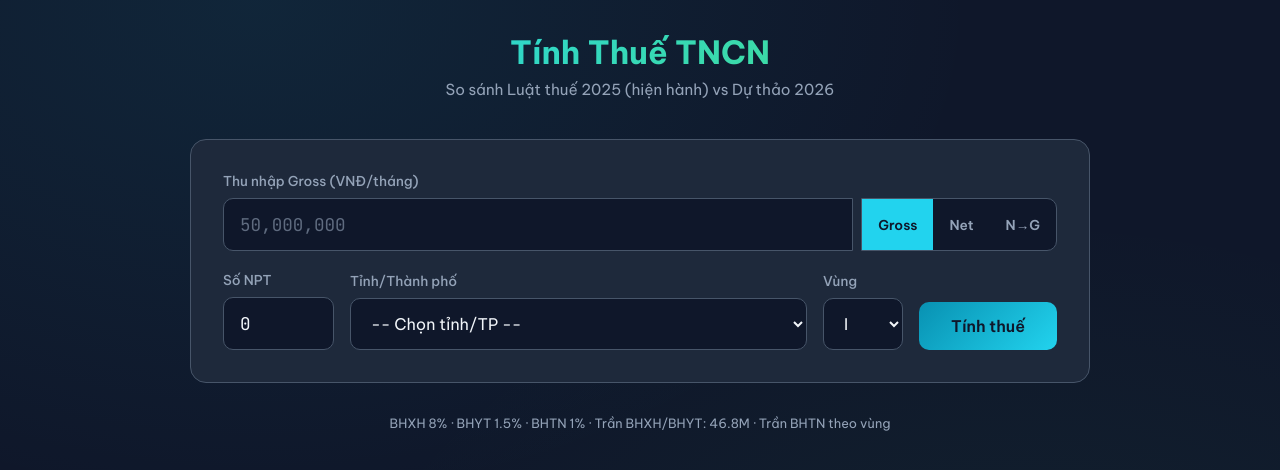
Repository: ph4n4n/vietnam-PIT
Page: index.html
An editor plug-in stored every save of this project. The page is shown before and after the next save, followed by the edit.
The browser window is 1280 px wide. The pictures show the whole page.

Above is the page before, as saved 2025-12-10 12:11:03.

### index.html
<!DOCTYPE html>
<html lang="vi">
<head>
  <meta charset="UTF-8">
  <meta name="viewport" content="width=device-width, initial-scale=1.0">
  <title>Tính Thuế TNCN 2025 vs 2026</title>
  <link href="https://fonts.googleapis.com/css2?family=JetBrains+Mono:wght@400;600&family=Be+Vietnam+Pro:wght@400;500;600;700&display=swap" rel="stylesheet">
  <link rel="stylesheet" href="style.css">
</head>
<body>
  <div class="container">
    <header>
      <h1>Tính Thuế TNCN</h1>
      <p class="subtitle">So sánh Luật thuế 2025 (hiện hành) vs Dự thảo 2026</p>
    </header>

    <section class="input-section">
      <div class="input-stack">
        <div class="form-group">
          <label id="incomeLabel">Thu nhập Gross (VNĐ/tháng)</label>
          <div class="input-with-toggle">
            <input type="text" id="incomeInput" placeholder="50,000,000" inputmode="numeric">
            <div class="toggle-group">
              <button type="button" class="toggle-btn active" data-type="gross">Gross</button>
              <button type="button" class="toggle-btn" data-type="net">Net</button>
              <button type="button" class="toggle-btn" data-type="net-as-gross" title="Lấy Net làm Gross tính thuế">N→G</button>
            </div>
          </div>
        </div>
        <div class="form-row">
          <div class="form-group form-group-sm">
            <label for="dependents">Số NPT</label>
            <input type="number" id="dependents" value="0" min="0" max="20">
          </div>
          <div class="form-group">
            <label for="province">Tỉnh/Thành phố</label>
            <select id="province">
              <option value="">-- Chọn tỉnh/TP --</option>
            </select>
          </div>
          <div class="form-group form-group-sm">
            <label for="region">Vùng</label>
            <select id="region">
              <option value="1">I</option>
              <option value="2">II</option>
              <option value="3">III</option>
              <option value="4">IV</option>
            </select>
          </div>
          <button class="btn" onclick="calculate()">Tính thuế</button>
        </div>
      </div>
    </section>

    <section class="result-section" id="resultSection">
      <div class="result-card">
        <div class="result-header">
          <h2>📊 Kết quả tính thuế</h2>
        </div>
        <table>
          <thead>
            <tr>
              <th>Mục</th>
              <th>2025 (Hiện hành)</th>
              <th>2026 (Dự thảo)</th>
            </tr>
          </thead>
          <tbody id="resultBody">
          </tbody>
        </table>
      </div>
    </section>

    <section class="result-section" id="refundSection">
      <div class="result-card refund-card">
        <div class="result-header">
          <h2>🧾 Đóng Full → Hoàn thuế cuối năm</h2>
          <p class="header-note">Giả định: Không khai giảm trừ gia cảnh hàng tháng, quyết toán hoàn thuế cuối năm</p>
        </div>
        <table>
          <thead>
            <tr>
              <th>Mục</th>
              <th>2025 (Hiện hành)</th>
              <th>2026 (Dự thảo)</th>
            </tr>
          </thead>
          <tbody id="refundBody">
          </tbody>
        </table>
      </div>
    </section>

    <footer>
      <p>BHXH 8% · BHYT 1.5% · BHTN 1% · Trần BHXH/BHYT: 46.8M · Trần BHTN theo vùng</p>
    </footer>
  </div>

  <script src="app.js"></script>
</body>
</html>

### style.css
:root {
  --bg-primary: #0f172a;
  --bg-secondary: #1e293b;
  --bg-card: #334155;
  --accent: #22d3ee;
  --accent-dim: #0891b2;
  --success: #4ade80;
  --text-primary: #f1f5f9;
  --text-secondary: #94a3b8;
  --border: #475569;
}

* {
  margin: 0;
  padding: 0;
  box-sizing: border-box;
}

body {
  font-family: 'Be Vietnam Pro', sans-serif;
  background: var(--bg-primary);
  background-image:
    radial-gradient(ellipse at 20% 0%, rgba(34, 211, 238, 0.08) 0%, transparent 50%),
    radial-gradient(ellipse at 80% 100%, rgba(74, 222, 128, 0.06) 0%, transparent 50%);
  min-height: 100vh;
  color: var(--text-primary);
  padding: 2rem 1rem;
}

.container {
  max-width: 900px;
  margin: 0 auto;
}

header {
  text-align: center;
  margin-bottom: 2.5rem;
}

h1 {
  font-size: 2rem;
  font-weight: 700;
  background: linear-gradient(135deg, var(--accent), var(--success));
  -webkit-background-clip: text;
  -webkit-text-fill-color: transparent;
  background-clip: text;
  margin-bottom: 0.5rem;
}

.subtitle {
  color: var(--text-secondary);
  font-size: 0.95rem;
}

.input-section {
  background: var(--bg-secondary);
  border: 1px solid var(--border);
  border-radius: 16px;
  padding: 2rem;
  margin-bottom: 2rem;
}

.input-stack {
  display: flex;
  flex-direction: column;
  gap: 1.25rem;
}

.form-row {
  display: flex;
  gap: 1rem;
  align-items: end;
}

.form-row .form-group {
  flex: 1;
}

.form-row .form-group-sm {
  width: auto;
  min-width: 80px;
  flex: 0 0 auto;
}

.form-group select {
  width: 100%;
  padding: 0.875rem 1rem;
  font-size: 1rem;
  font-family: inherit;
  background: var(--bg-primary);
  border: 1px solid var(--border);
  border-radius: 10px;
  color: var(--text-primary);
  cursor: pointer;
  transition: border-color 0.2s, box-shadow 0.2s;
}

.form-group select:focus {
  outline: none;
  border-color: var(--accent);
  box-shadow: 0 0 0 3px rgba(34, 211, 238, 0.15);
}

.form-group select option {
  background: var(--bg-secondary);
  color: var(--text-primary);
}

@media (max-width: 640px) {
  .form-row {
    flex-direction: column;
  }
}

.form-group label {
  display: block;
  font-size: 0.85rem;
  color: var(--text-secondary);
  margin-bottom: 0.5rem;
  font-weight: 500;
}

.form-group input {
  width: 100%;
  padding: 0.875rem 1rem;
  font-size: 1.1rem;
  font-family: 'JetBrains Mono', monospace;
  background: var(--bg-primary);
  border: 1px solid var(--border);
  border-radius: 10px;
  color: var(--text-primary);
  transition: border-color 0.2s, box-shadow 0.2s;
}

.form-group input:focus {
  outline: none;
  border-color: var(--accent);
  box-shadow: 0 0 0 3px rgba(34, 211, 238, 0.15);
}

.form-group input::placeholder {
  color: var(--text-secondary);
  opacity: 0.6;
}

.input-with-toggle {
  display: flex;
  gap: 0.5rem;
}

.input-with-toggle input {
  flex: 1;
  border-radius: 10px 0 0 10px;
}

.toggle-group {
  display: flex;
  background: var(--bg-primary);
  border: 1px solid var(--border);
  border-radius: 0 10px 10px 0;
  overflow: hidden;
}

.toggle-btn {
  padding: 0.875rem 1rem;
  font-size: 0.85rem;
  font-weight: 600;
  font-family: inherit;
  background: transparent;
  color: var(--text-secondary);
  border: none;
  cursor: pointer;
  transition: all 0.2s;
}

.toggle-btn:hover {
  color: var(--text-primary);
  background: var(--bg-card);
}

.toggle-btn.active {
  background: var(--accent);
  color: var(--bg-primary);
}

@media (max-width: 640px) {
  .input-with-toggle {
    flex-direction: column;
  }
  .input-with-toggle input {
    border-radius: 10px;
  }
  .toggle-group {
    border-radius: 10px;
  }
}

.btn {
  padding: 0.875rem 2rem;
  font-size: 1rem;
  font-weight: 600;
  font-family: inherit;
  background: linear-gradient(135deg, var(--accent-dim), var(--accent));
  color: var(--bg-primary);
  border: none;
  border-radius: 10px;
  cursor: pointer;
  transition: transform 0.15s, box-shadow 0.15s;
}

.btn:hover {
  transform: translateY(-2px);
  box-shadow: 0 8px 24px rgba(34, 211, 238, 0.25);
}

.btn:active {
  transform: translateY(0);
}

.result-section {
  display: none;
  animation: fadeIn 0.4s ease;
  margin-bottom: 1.5rem;
}

.result-section.show {
  display: block;
}

@keyframes fadeIn {
  from { opacity: 0; transform: translateY(10px); }
  to { opacity: 1; transform: translateY(0); }
}

.result-card {
  background: var(--bg-secondary);
  border: 1px solid var(--border);
  border-radius: 16px;
  overflow: hidden;
}

.result-header {
  background: var(--bg-card);
  padding: 1.25rem 1.5rem;
  border-bottom: 1px solid var(--border);
}

.result-header h2 {
  font-size: 1.1rem;
  font-weight: 600;
}

.header-note {
  color: var(--text-secondary);
  font-size: 0.8rem;
  margin-top: 0.4rem;
}

table {
  width: 100%;
  border-collapse: collapse;
  font-size: 0.95rem;
}

th, td {
  padding: 1rem 1.5rem;
  text-align: left;
  border-bottom: 1px solid var(--border);
}

th {
  background: var(--bg-card);
  color: var(--text-secondary);
  font-weight: 500;
  font-size: 0.8rem;
  text-transform: uppercase;
  letter-spacing: 0.5px;
}

td {
  font-family: 'JetBrains Mono', monospace;
}

tr:last-child td {
  border-bottom: none;
}

tr:hover td {
  background: rgba(34, 211, 238, 0.03);
}

.col-label {
  font-family: 'Be Vietnam Pro', sans-serif;
  color: var(--text-secondary);
}

.col-old {
  color: var(--text-primary);
}

.col-new {
  color: var(--accent);
}

.highlight-row td {
  background: rgba(74, 222, 128, 0.08);
  border-top: 1px solid rgba(74, 222, 128, 0.3);
  border-bottom: 1px solid rgba(74, 222, 128, 0.3);
}

.highlight-row .col-label {
  color: var(--success);
  font-weight: 600;
}

.highlight-row .saved-value {
  color: var(--success);
  font-weight: 600;
  font-size: 1.1rem;
}

.info-row td {
  background: rgba(34, 211, 238, 0.05);
  font-family: 'Be Vietnam Pro', sans-serif;
  color: var(--text-secondary);
  font-size: 0.85rem;
}

.diff-row td {
  background: rgba(251, 191, 36, 0.08);
}

.diff-row .col-old {
  color: #fbbf24;
}

.diff-row .col-new {
  color: var(--success);
}

footer {
  text-align: center;
  margin-top: 2rem;
  color: var(--text-secondary);
  font-size: 0.8rem;
}

footer a {
  color: var(--accent);
  text-decoration: none;
}

### app.js
// Province/City to default region mapping (based on 01/07/2024 regulations)
const PROVINCES = {
  // Vùng I - Major cities
  'TP. Hồ Chí Minh': 1,
  'Hà Nội': 1,
  'Hải Phòng': 1,
  'Quảng Ninh': 1,
  'Đồng Nai': 1,
  'Bình Dương': 1,
  'Long An': 1,
  'Tây Ninh': 1,

  // Vùng II
  'Đà Nẵng': 2,
  'Cần Thơ': 2,
  'Bắc Ninh': 2,
  'Hưng Yên': 2,
  'Vĩnh Phúc': 2,
  'Thái Nguyên': 2,
  'Khánh Hòa': 2,
  'Lâm Đồng': 2,
  'Ninh Bình': 2,
  'Thanh Hóa': 2,
  'Nghệ An': 2,
  'Bà Rịa - Vũng Tàu': 2,
  'Bến Tre': 2,
  'Tiền Giang': 2,
  'Vĩnh Long': 2,
  'Đồng Tháp': 2,
  'An Giang': 2,
  'Kiên Giang': 2,
  'Cà Mau': 2,
  'Bạc Liêu': 2,
  'Sóc Trăng': 2,
  'Trà Vinh': 2,
  'Phú Thọ': 2,

  // Vùng III
  'Lào Cai': 3,
  'Lạng Sơn': 3,
  'Tuyên Quang': 3,
  'Thái Bình': 3,
  'Nam Định': 3,
  'Hà Nam': 3,
  'Hà Tĩnh': 3,
  'Quảng Bình': 3,
  'Quảng Trị': 3,
  'Thừa Thiên Huế': 3,
  'Quảng Nam': 3,
  'Quảng Ngãi': 3,
  'Bình Định': 3,
  'Phú Yên': 3,
  'Ninh Thuận': 3,
  'Bình Thuận': 3,
  'Kon Tum': 3,
  'Gia Lai': 3,
  'Đắk Lắk': 3,
  'Đắk Nông': 3,
  'Bình Phước': 3,
  'Tây Ninh (vùng xa)': 3,
  'Hậu Giang': 3,

  // Vùng IV
  'Cao Bằng': 4,
  'Bắc Kạn': 4,
  'Hà Giang': 4,
  'Yên Bái': 4,
  'Lai Châu': 4,
  'Điện Biên': 4,
  'Sơn La': 4,
  'Hòa Bình': 4,
  'Lạng Sơn (vùng xa)': 4,
};

const TAX_CONFIG = {
  // Employee insurance rates
  bhxh: { rate: 0.08, cap: 46_800_000 },  // BHXH 8%, cap 20 × 2.34M (từ 7/2024)
  bhyt: { rate: 0.015, cap: 46_800_000 }, // BHYT 1.5%, cap 20 × 2.34M
  bhtn: { rate: 0.01 },                    // BHTN 1%, cap depends on region

  // BHTN caps by region (20 × minimum wage)
  bhtnCaps: {
    1: 99_200_000,  // Vùng I: 20 × 4,960,000
    2: 88_200_000,  // Vùng II: 20 × 4,410,000
    3: 77_200_000,  // Vùng III: 20 × 3,860,000
    4: 69_000_000,  // Vùng IV: 20 × 3,450,000
  },

  // Employer insurance rates
  bhxhCompany: { rate: 0.175, cap: 46_800_000 },
  bhytCompany: { rate: 0.03, cap: 46_800_000 },
  bhtnCompany: { rate: 0.01 },  // cap depends on region

  personalDeduction: { old: 11_000_000, new: 15_500_000 },
  dependentDeduction: { old: 4_400_000, new: 6_200_000 },
  bracketsOld: [
    [5_000_000, 0.05],
    [10_000_000, 0.10],
    [18_000_000, 0.15],
    [32_000_000, 0.20],
    [52_000_000, 0.25],
    [80_000_000, 0.30],
    [Infinity, 0.35],
  ],
  bracketsNew: [
    [10_000_000, 0.05],
    [30_000_000, 0.15],
    [60_000_000, 0.25],
    [100_000_000, 0.30],
    [Infinity, 0.35],
  ],
};

let incomeType = 'gross';

function calculateProgressiveTax(taxableIncome, brackets) {
  if (taxableIncome <= 0) return 0;
  let tax = 0, prev = 0;
  for (const [threshold, rate] of brackets) {
    const taxable = Math.min(taxableIncome, threshold) - prev;
    if (taxable <= 0) break;
    tax += taxable * rate;
    prev = threshold;
  }
  return tax;
}

function calcInsurance(income, rate, cap) {
  return Math.min(income, cap) * rate;
}

function getRegion() {
  const el = document.getElementById('region');
  return el ? parseInt(el.value, 10) : 1;
}

function getBhtnCap() {
  return TAX_CONFIG.bhtnCaps[getRegion()];
}

function calculatePIT(grossIncome, dependents) {
  const cfg = TAX_CONFIG;
  const bhtnCap = getBhtnCap();

  // Employee insurance (detailed)
  const bhxh = calcInsurance(grossIncome, cfg.bhxh.rate, cfg.bhxh.cap);
  const bhyt = calcInsurance(grossIncome, cfg.bhyt.rate, cfg.bhyt.cap);
  const bhtn = calcInsurance(grossIncome, cfg.bhtn.rate, bhtnCap);
  const insurance = bhxh + bhyt + bhtn;

  const incomeAfterInsurance = grossIncome - insurance;

  const deductionOld = cfg.personalDeduction.old + cfg.dependentDeduction.old * dependents;
  const deductionNew = cfg.personalDeduction.new + cfg.dependentDeduction.new * dependents;

  const taxableOld = Math.max(0, incomeAfterInsurance - deductionOld);
  const taxableNew = Math.max(0, incomeAfterInsurance - deductionNew);

  const taxOld = calculateProgressiveTax(taxableOld, cfg.bracketsOld);
  const taxNew = calculateProgressiveTax(taxableNew, cfg.bracketsNew);

  // Tax when paying full (no family deduction, only insurance)
  const taxNoDeductOld = calculateProgressiveTax(incomeAfterInsurance, cfg.bracketsOld);
  const taxNoDeductNew = calculateProgressiveTax(incomeAfterInsurance, cfg.bracketsNew);

  return {
    grossIncome,
    dependents,
    bhxh,
    bhyt,
    bhtn,
    insurance,
    incomeAfterInsurance,
    deductionOld,
    deductionNew,
    taxableOld,
    taxableNew,
    taxOld,
    taxNew,
    taxNoDeductOld,
    taxNoDeductNew,
    taxSaved: taxOld - taxNew,
    netOld: grossIncome - insurance - taxOld,
    netNew: grossIncome - insurance - taxNew,
  };
}

// Binary search: find Gross from Net (using OLD tax as reference)
function netToGross(targetNet, dependents) {
  let low = targetNet;
  let high = targetNet * 2;
  const tolerance = 1000;

  for (let i = 0; i < 50; i++) {
    const mid = Math.floor((low + high) / 2);
    const result = calculatePIT(mid, dependents);
    const netOld = result.netOld;

    if (Math.abs(netOld - targetNet) < tolerance) {
      return mid;
    }

    if (netOld < targetNet) {
      low = mid;
    } else {
      high = mid;
    }
  }

  return Math.floor((low + high) / 2);
}

function formatMoney(n) {
  return n.toLocaleString('vi-VN') + ' ₫';
}

// Calculate company insurance
function calcCompanyInsurance(income) {
  const cfg = TAX_CONFIG;
  const bhtnCap = getBhtnCap();
  return calcInsurance(income, cfg.bhxhCompany.rate, cfg.bhxhCompany.cap)
       + calcInsurance(income, cfg.bhytCompany.rate, cfg.bhytCompany.cap)
       + calcInsurance(income, cfg.bhtnCompany.rate, bhtnCap);
}

// N→G mode: Net thực nhận = input, thuế tính trên input (thay vì Gross thực)
function renderNetAsGross(netAmount, dependents) {
  // Cách tính sai: lấy Net làm Gross
  const wrong = calculatePIT(netAmount, dependents);

  // Cách tính đúng: tìm Gross thực từ Net
  const realGross = netToGross(netAmount, dependents);
  const correct = calculatePIT(realGross, dependents);

  // Chi phí công ty (Gross + BH công ty)
  const wrongCompanyBH = calcCompanyInsurance(netAmount);
  const wrongCompanyCost = netAmount + wrongCompanyBH + wrong.taxOld;

  const correctCompanyBH = calcCompanyInsurance(realGross);
  const correctCompanyCost = realGross + correctCompanyBH;

  const companySaved = correctCompanyCost - wrongCompanyCost;

  const rows = [
    { label: 'Net thực nhận', wrong: formatMoney(netAmount), correct: formatMoney(netAmount) },
    { label: 'Gross để tính thuế', wrong: formatMoney(netAmount), correct: formatMoney(realGross), highlight: true },
    { label: 'Thuế TNCN (CT trả)', wrong: formatMoney(wrong.taxOld), correct: formatMoney(correct.taxOld), highlight: true },
    { label: 'BH công ty đóng (21.5%)', wrong: formatMoney(wrongCompanyBH), correct: formatMoney(correctCompanyBH), info: true },
    { label: 'Tổng CT chi/tháng', wrong: formatMoney(wrongCompanyCost), correct: formatMoney(correctCompanyCost) },
  ];

  let html = rows.map(row => `
    <tr class="${row.info ? 'info-row' : ''} ${row.highlight ? 'diff-row' : ''}">
      <td class="col-label">${row.label}</td>
      <td class="col-old">${row.wrong}</td>
      <td class="col-new">${row.correct}</td>
    </tr>
  `).join('');

  html += `
    <tr class="highlight-row">
      <td class="col-label">💸 CT TIẾT KIỆM (sai cách)/THÁNG</td>
      <td colspan="2" class="saved-value" style="text-align: center;">
        ${formatMoney(companySaved)}
      </td>
    </tr>
    <tr class="highlight-row">
      <td class="col-label">📅 CT TIẾT KIỆM (sai cách)/NĂM</td>
      <td colspan="2" class="saved-value" style="text-align: center;">
        ${formatMoney(companySaved * 12)}
      </td>
    </tr>
  `;

  document.getElementById('resultBody').innerHTML = html;

  // Update header for this mode
  document.querySelector('#resultSection .result-header h2').textContent = '📊 So sánh: N→G vs Tính đúng';
  document.querySelector('#resultSection thead').innerHTML = `
    <tr>
      <th>Mục</th>
      <th>N→G (sai cách)</th>
      <th>Tính đúng (Net)</th>
    </tr>
  `;

  document.getElementById('resultSection').classList.add('show');
  document.getElementById('refundSection').classList.remove('show');
}

function parseMoneyInput(str) {
  return parseInt(str.replace(/[^\d]/g, ''), 10) || 0;
}

function calculate() {
  const inputValue = parseMoneyInput(document.getElementById('incomeInput').value);
  const dependents = parseInt(document.getElementById('dependents').value, 10) || 0;

  if (inputValue <= 0) {
    alert('Vui lòng nhập thu nhập hợp lệ');
    return;
  }

  // Handle N→G mode separately
  if (incomeType === 'net-as-gross') {
    renderNetAsGross(inputValue, dependents);
    return;
  }

  // Convert based on income type
  let grossIncome;
  if (incomeType === 'net') {
    grossIncome = netToGross(inputValue, dependents);
  } else {
    grossIncome = inputValue;
  }

  const r = calculatePIT(grossIncome, dependents);

  // Reset header for normal modes
  document.querySelector('#resultSection .result-header h2').textContent = '📊 Kết quả tính thuế';
  document.querySelector('#resultSection thead').innerHTML = `
    <tr>
      <th>Mục</th>
      <th>2025 (Hiện hành)</th>
      <th>2026 (Dự thảo)</th>
    </tr>
  `;

  const rows = [
    { label: 'Thu nhập Gross', old: formatMoney(r.grossIncome), new: formatMoney(r.grossIncome) },
    { label: '└ BHXH (8%)', old: formatMoney(r.bhxh), new: formatMoney(r.bhxh), info: true },
    { label: '└ BHYT (1.5%)', old: formatMoney(r.bhyt), new: formatMoney(r.bhyt), info: true },
    { label: '└ BHTN (1%)', old: formatMoney(r.bhtn), new: formatMoney(r.bhtn), info: true },
    { label: 'Tổng BH bắt buộc (10.5%)', old: formatMoney(r.insurance), new: formatMoney(r.insurance) },
    { label: 'Thu nhập chịu thuế', old: formatMoney(r.incomeAfterInsurance), new: formatMoney(r.incomeAfterInsurance) },
    { label: '└ Giảm trừ bản thân', old: formatMoney(TAX_CONFIG.personalDeduction.old), new: formatMoney(TAX_CONFIG.personalDeduction.new), info: true },
    { label: `└ Giảm trừ NPT (×${dependents})`, old: formatMoney(TAX_CONFIG.dependentDeduction.old * dependents), new: formatMoney(TAX_CONFIG.dependentDeduction.new * dependents), info: true },
    { label: 'Tổng giảm trừ', old: formatMoney(r.deductionOld), new: formatMoney(r.deductionNew) },
    { label: 'Thu nhập tính thuế', old: formatMoney(r.taxableOld), new: formatMoney(r.taxableNew) },
    { label: 'Thuế TNCN phải nộp', old: formatMoney(r.taxOld), new: formatMoney(r.taxNew) },
    { label: 'Thu nhập NET', old: formatMoney(r.netOld), new: formatMoney(r.netNew) },
  ];

  let html = rows.map(row => `
    <tr class="${row.info ? 'info-row' : ''}">
      <td class="col-label">${row.label}</td>
      <td class="col-old">${row.old}</td>
      <td class="col-new">${row.new}</td>
    </tr>
  `).join('');

  html += `
    <tr class="highlight-row">
      <td class="col-label">💰 TIỀN THUẾ GIẢM/THÁNG</td>
      <td colspan="2" class="saved-value" style="text-align: center;">
        ${r.taxSaved >= 0 ? '+' : ''}${formatMoney(r.taxSaved)}
      </td>
    </tr>
    <tr class="highlight-row">
      <td class="col-label">📅 TIỀN THUẾ GIẢM/NĂM</td>
      <td colspan="2" class="saved-value" style="text-align: center;">
        ${r.taxSaved >= 0 ? '+' : ''}${formatMoney(r.taxSaved * 12)}
      </td>
    </tr>
  `;

  document.getElementById('resultBody').innerHTML = html;

  // Refund section
  const refundOld = r.taxNoDeductOld * 12 - r.taxOld * 12;
  const refundNew = r.taxNoDeductNew * 12 - r.taxNew * 12;

  document.getElementById('refundBody').innerHTML = `
    <tr>
      <td class="col-label">Thuế đóng/tháng (không giảm trừ)</td>
      <td class="col-old">${formatMoney(r.taxNoDeductOld)}</td>
      <td class="col-new">${formatMoney(r.taxNoDeductNew)}</td>
    </tr>
    <tr>
      <td class="col-label">Thuế đóng cả năm (không giảm trừ)</td>
      <td class="col-old">${formatMoney(r.taxNoDeductOld * 12)}</td>
      <td class="col-new">${formatMoney(r.taxNoDeductNew * 12)}</td>
    </tr>
    <tr>
      <td class="col-label">Thuế thực tế cả năm (có giảm trừ)</td>
      <td class="col-old">${formatMoney(r.taxOld * 12)}</td>
      <td class="col-new">${formatMoney(r.taxNew * 12)}</td>
    </tr>
    <tr class="highlight-row refund-row">
      <td class="col-label">🔄 TIỀN HOÀN THUẾ CUỐI NĂM</td>
      <td class="saved-value">${formatMoney(refundOld)}</td>
      <td class="saved-value">${formatMoney(refundNew)}</td>
    </tr>
  `;
  document.getElementById('refundSection').classList.add('show');
  document.getElementById('resultSection').classList.add('show');
}

// Toggle Gross/Net/Net-as-Gross
document.querySelectorAll('.toggle-btn').forEach(btn => {
  btn.addEventListener('click', function() {
    document.querySelectorAll('.toggle-btn').forEach(b => b.classList.remove('active'));
    this.classList.add('active');
    incomeType = this.dataset.type;

    const label = document.getElementById('incomeLabel');
    const labels = {
      'gross': 'Thu nhập Gross (VNĐ/tháng)',
      'net': 'Thu nhập Net (VNĐ/tháng)',
      'net-as-gross': 'Net làm Gross (VNĐ/tháng)',
    };
    label.textContent = labels[incomeType];
  });
});

// Format input on type
document.getElementById('incomeInput').addEventListener('input', function() {
  const raw = this.value.replace(/[^\d]/g, '');
  if (raw) {
    this.value = parseInt(raw, 10).toLocaleString('vi-VN');
  }
});

// Enter to calculate
document.querySelectorAll('input').forEach(input => {
  input.addEventListener('keypress', e => {
    if (e.key === 'Enter') calculate();
  });
});

// Populate province dropdown
const provinceSelect = document.getElementById('province');
Object.keys(PROVINCES).sort().forEach(name => {
  const opt = document.createElement('option');
  opt.value = name;
  opt.textContent = `${name} (Vùng ${PROVINCES[name]})`;
  provinceSelect.appendChild(opt);
});

// Auto-set region when province changes
provinceSelect.addEventListener('change', function() {
  if (this.value && PROVINCES[this.value]) {
    document.getElementById('region').value = PROVINCES[this.value];
  }
});

After the next save:
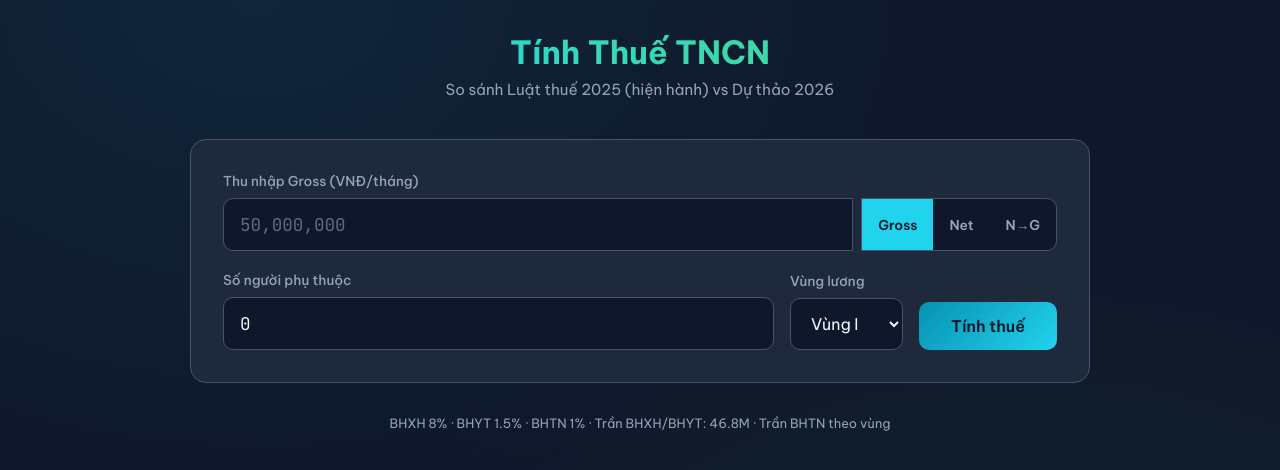
Console error: TypeError: Cannot read properties of null (reading 'appendChild')
Saved 48 s later.
--- a/index.html
+++ b/index.html
@@ -28,23 +28,17 @@
           </div>
         </div>
         <div class="form-row">
-          <div class="form-group form-group-sm">
-            <label for="dependents">Số NPT</label>
+          <div class="form-group">
+            <label for="dependents">Số người phụ thuộc</label>
             <input type="number" id="dependents" value="0" min="0" max="20">
           </div>
-          <div class="form-group">
-            <label for="province">Tỉnh/Thành phố</label>
-            <select id="province">
-              <option value="">-- Chọn tỉnh/TP --</option>
-            </select>
-          </div>
           <div class="form-group form-group-sm">
-            <label for="region">Vùng</label>
+            <label for="region">Vùng lương</label>
             <select id="region">
-              <option value="1">I</option>
-              <option value="2">II</option>
-              <option value="3">III</option>
-              <option value="4">IV</option>
+              <option value="1">Vùng I</option>
+              <option value="2">Vùng II</option>
+              <option value="3">Vùng III</option>
+              <option value="4">Vùng IV</option>
             </select>
           </div>
           <button class="btn" onclick="calculate()">Tính thuế</button>
